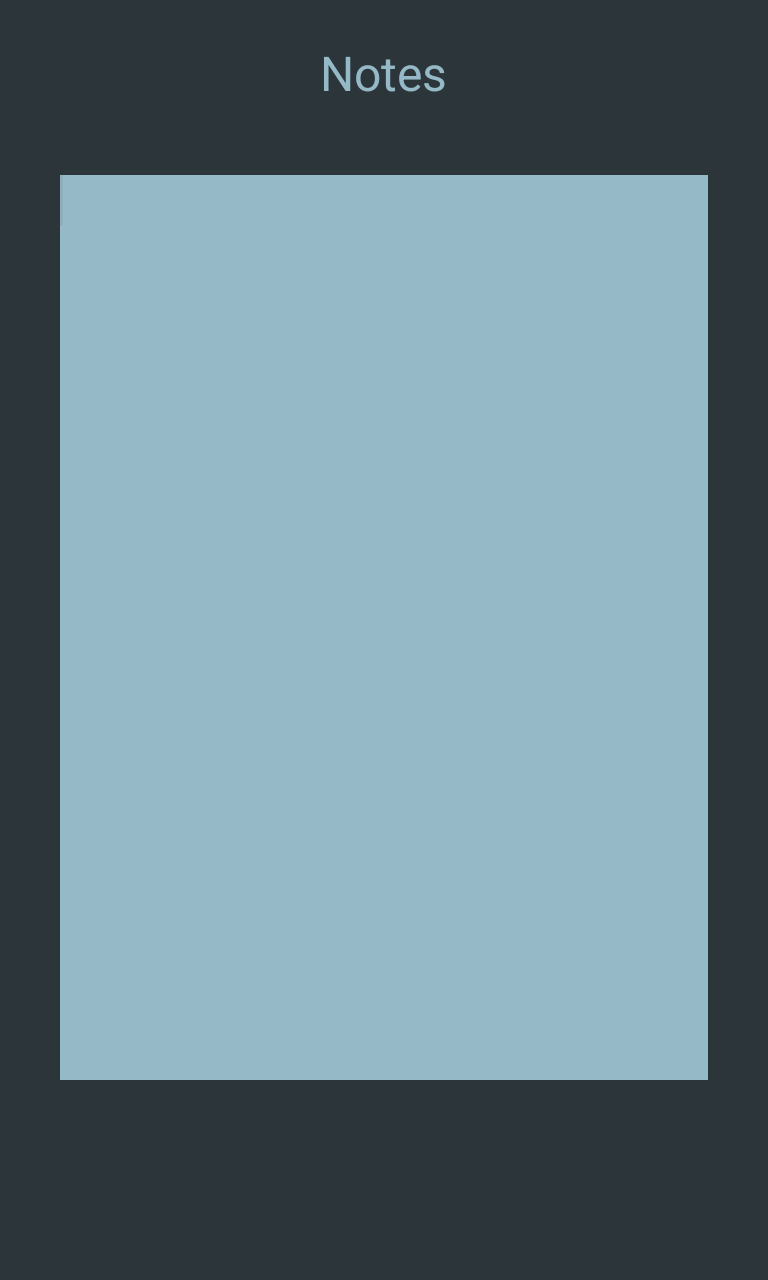
Repository: davidwiggy/MyWeek
Layout: MyWeek/res/layout/notespage.xml
The author's editor kept a copy of each file at every save. The layout is drawn from the files as they stood at one save, then again after the next save.
It is drawn on a 768 x 1280 px phone screen (xhdpi) without system bars, with theme AppTheme; the app's code is not run.

Above is the layout before, as saved 2013-11-18 04:05:42.

### MyWeek/res/layout/notespage.xml
<?xml version="1.0" encoding="utf-8"?>
<RelativeLayout xmlns:android="http://schemas.android.com/apk/res/android"
    android:layout_width="match_parent"
    android:layout_height="match_parent"
    android:background="@color/Gunmetal">

        <TextView
            android:id="@+id/titleNotes"
            android:layout_width="wrap_content"
            android:layout_height="wrap_content"
            android:layout_alignParentTop="true"
            android:layout_centerHorizontal="true"
            android:layout_marginTop="20dp"
            android:textColor="@color/BabyBlue"
            android:text="@string/lblNotesHeader"
            android:textSize="24sp" />

        <TextView
           android:id="@+id/txtlblCurrentPatientsNotes"
           android:layout_width="wrap_content"
           android:layout_height="wrap_content"
           android:layout_below="@+id/titleNotes"
           android:layout_marginTop="16dp"
           android:textColor="@color/BabyBlue" />

        <EditText
            android:id="@+id/editText1"
            android:layout_width="fill_parent"
            android:layout_height="fill_parent"
            android:layout_marginLeft="60dp"
            android:layout_marginBottom="100dp"
            android:textColor="@color/Gunmetal"
            android:gravity="top|left"
            android:layout_below="@+id/txtlblCurrentPatientsNotes"
            android:layout_centerHorizontal="true"
            android:background="@color/BabyBlue"
            android:ems="10"
            android:inputType="textMultiLine" >

            <requestFocus />
        </EditText>

</RelativeLayout>

### MyWeek/res/values/strings.xml
<?xml version="1.0" encoding="utf-8"?>
<resources>

    <string name="app_name">My Week</string>
    <string name="action_settings">Settings</string>
    <string name="lblFridayText">Friday</string>
    <string name="lblThursdayText">Thursday</string>
    <string name="lblWednesdayText">Wednesday</string>
    <string name="lblTuesdayText">Tuesday</string>
    <string name="lblMondayText">Monday</string>
    <string name="my_weekTitle">My Week</string>

    <color name="Gunmetal">#2C3539</color>
    <color name="BabyBlue">#95B9C7</color>
    <color name="orange">#ff5500</color>
    <color name="white">#ffffff</color>
  	<color name="transparent">#00000000</color>
 	<color name="date_color">#999999</color>
	<color name="black">#000000</color>
	<color name="gray">#999999</color>
	<color name="blue">#0066cc</color>
	<color name="gold">#e6b121</color>
	<color name="blueback">#99FFFF</color>
	<color name="articlecolor">#3399FF</color>
	<color name="article_title">#3399FF</color>
	<color name="cachecolor">#8ad0e8</color>
	<color name="silver">#C0C0C0</color>

	<color name="yellow1">#F9E60E</color>
	<color name="yellow2">#F9F89D</color>
    <color name="orange4">#F7BE45</color>
    <color name="orange5">#F7D896</color>
    <color name="blue2">#19FCDA</color>
    <color name="blue25">#D9F7F2</color>
    <color name="grey05">#ACA899</color>
    <color name="white1">#FFFFFF</color>
    <color name="white2">#DDDDDD</color>
    <string-array name="days_array">
        <item>Select A Day</item><item>Clear Schedule</item>
        <item >Monday</item>
        <item >Tuesday</item>
        <item >Wednesday</item>
        <item >Thursday</item>
        <item >Friday</item>

    </string-array>
        <string name="lblselect_day">Select Day</string>
        <string name="lblButtonBack">Back</string>
        <string name="lblButtongo_to_day">Go To Day</string>
        <string name="btn_lbl_my_week_main">My Week</string>
        <string name="lbl_welcome_to_my_week_main">Welcome To My Week</string>
        <string name="txt_lbl_Totals_Main">Totals</string>
        <string name="btn_txt_lbl_Totals_Main">Totals</string>
        <string name="btn_lbl_Finished_Main">Finished</string>
        <string name="btn_lbl_manage_clients_main">Manage Clients</string>
        <string name="btnBackManageClients">Back</string>
        <string name="btnlblBackManageClients">Back</string>
        <string name="btnlblAddManageClients">Add</string>
        <string name="btnlblScheduleManageClients">Schedule</string>
        <string name="btnlblDeleteManageClients">Delete All</string>
        <string name="edittextlblPatientNameManageClients">Enter Patient Name</string>
        <string name="lblManagePatients">Manage Patients</string>
        <string name="lblCurrentPatientsManageClients">Current Patients</string>
        <string name="btnlblAddMyDayPage">Add</string>
        <string name="btnlblRescheduleMyDayPage">Reschedule Patient</string>
        <string name="btnlblDeleteMyDayPage">Delete</string>
        <string name="btnlblBackMyDayPage">Back</string>
        <string name="btnClearScheduleMyWeekPage">Clear Schedule</string>
        <string name="lblspinnerSelectPatientMyDay">(Select a Patient to add to the day.)</string>
        <string name="btnlblChangeDay">Change Day</string>
        <string name="lblNotesHeader">Notes</string>
        <string name="btnlblAddNoteNotesPage">Add Note</string>
        <string name="btnlblBackNotesPage">Back</string>

</resources>

Loaded but not shown: MyWeek/res/values/styles.xml (common file); MyWeek/res/values-v11/styles.xml (common file); MyWeek/res/values-v14/styles.xml (common file)

After the next save:
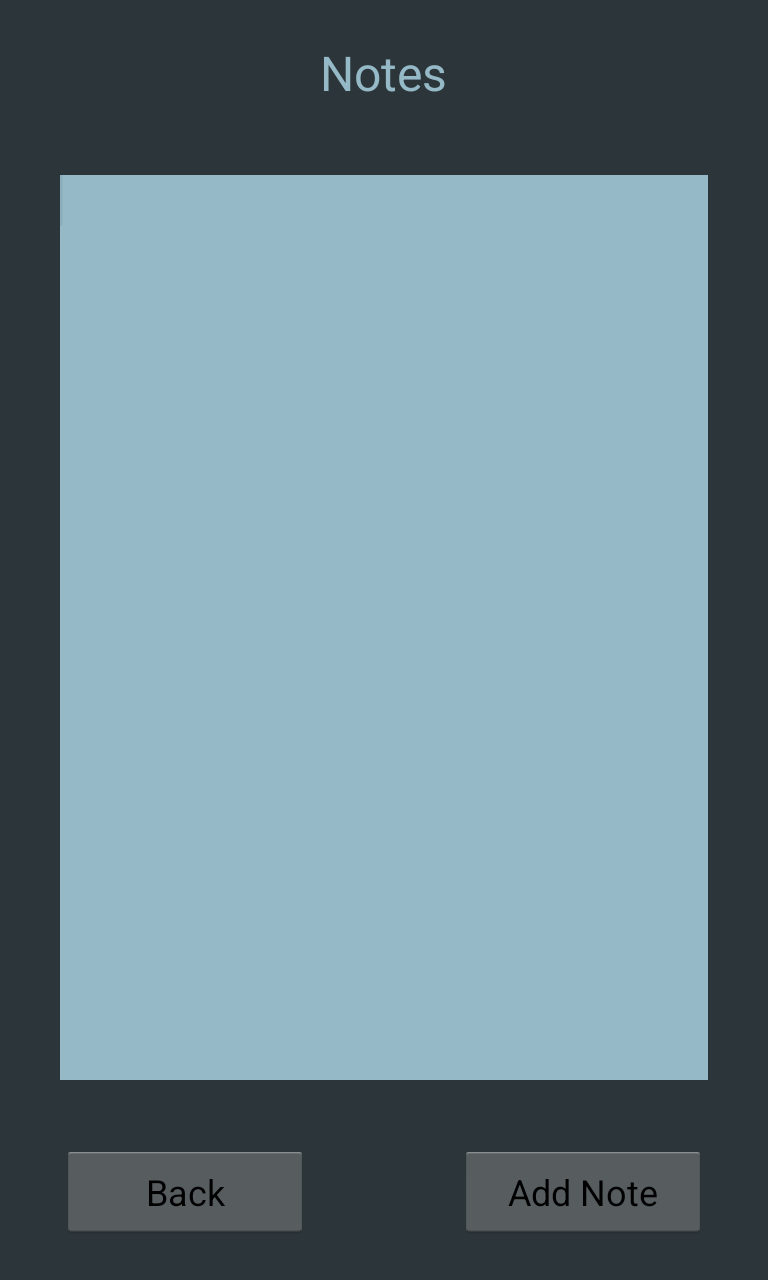
Saved 43 s later.
--- a/MyWeek/res/layout/notespage.xml
+++ b/MyWeek/res/layout/notespage.xml
@@ -40,4 +40,22 @@
             <requestFocus />
         </EditText>
 
+        <Button
+            android:id="@+id/btnBackNotesPage"
+            android:layout_width="125dp"
+            android:layout_height="wrap_content"
+            android:layout_alignLeft="@+id/editText1"
+            android:layout_alignParentBottom="true"
+            android:layout_marginBottom="20dp"
+            android:text="@string/btnlblBackNotesPage" />
+
+        <Button
+            android:id="@+id/btnAddNotesPage"
+            android:layout_width="125dp"
+            android:layout_height="wrap_content"
+            android:layout_alignBaseline="@+id/btnBackNotesPage"
+            android:layout_alignBottom="@+id/btnBackNotesPage"
+            android:layout_alignRight="@+id/editText1"
+            android:text="@string/btnlblAddNoteNotesPage" />
+
 </RelativeLayout>
